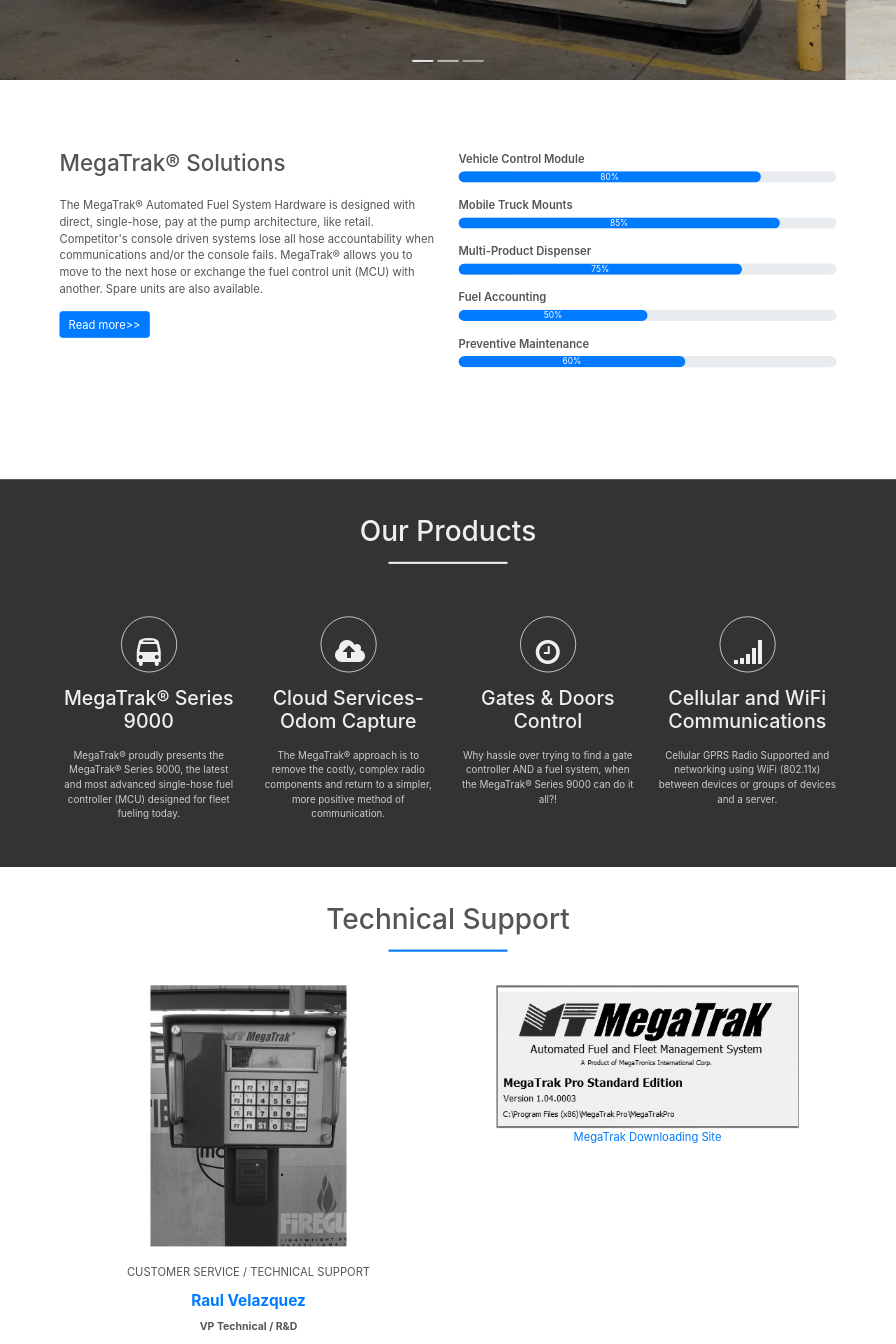
Repository: navegantemx/MegaTrak-Milestone-Project
Page: index.html
The author's editor kept a record of every edit. The page is drawn from the files as they stood at one moment, then again after the next edit.
The browser window is 1280 px wide. The pictures show the part of the page from y = 712 to 2632 px (the page is 4353 px tall), at 70% of full size.
Backgrounds fixed to the window are drawn as part of the page.

Above is the page before.

### index.html
<!DOCTYPE html>
<html lang="en">
<head>
    <meta charset="UTF-8">
    <meta name="viewport" content="width=device-width, initial-scale=1.0">
    <meta http-equiv="X-UA-Compatible" content="ie=edge">
    <link rel="stylesheet" href="https://stackpath.bootstrapcdn.com/bootstrap/4.3.1/css/bootstrap.min.css" type="text/css" />
    <link rel="stylesheet" href="https://stackpath.bootstrapcdn.com/font-awesome/4.7.0/css/font-awesome.min.css" type="text/css" />
    <script src="https://code.jquery.com/jquery-3.3.1.slim.min.js"></script>
    <script src="https://cdnjs.cloudflare.com/ajax/libs/popper.js/1.14.7/umd/popper.min.js"></script>
    <script src="https://stackpath.bootstrapcdn.com/bootstrap/4.3.1/js/bootstrap.min.js"></script>
    <link rel="stylesheet" href="assets/css/style.css" type="text/css" />
    <title>MegaTrak - Automated Fuel Systems</title>
</head>
<body>

    <!-----------------------Web design idea taken from YouTube channel "Easy Tutorials" ------------>

    <!--------- "Navbar" feature was found in https://getbootstrap.com/docs/4.1/components/navbar --------->

    <!-----------------------Navigation Bar------------>

    <section id="nav-bar">
        <nav class="navbar navbar-expand-lg navbar-light">
            <a class="navbar-brand" href="#"><img src="assets/images/mt-logo.png"></a>
            <button class="navbar-toggler" type="button" data-toggle="collapse" data-target="#navbarNav" aria-controls="navbarNav" aria-expanded="false" aria-label="Toggle navigation">
            <span class="navbar-toggler-icon"></span></button>
            <div class="collapse navbar-collapse" id="navbarNav">
                <ul class="navbar-nav ml-auto"
                    <li class="nav-item">
                        <a class="nav-link" href="#top">HOME</a>
                    </li>
                    <li class="nav-item">
                        <a class="nav-link" href="#solutions">SOLUTIONS</a>
                    </li>
                    <li class="nav-item">
                        <a class="nav-link" href="#products">PRODUCTS</a>
                    </li>
                    <li class="nav-item">
                        <a class="nav-link" href="#support">SUPPORT</a>
                    </li>
                    <li class="nav-item">
                        <a class="nav-link" href="#news">NEWS</a>
                    </li>
                    <li class="nav-item">
                        <a class="nav-link" href="#contact">CONTACT</a>
                    </li>
                </ul>
            </div>
        </nav>
    </section>

    <!--------- ""Carousel" feature was found in Bootstrap 4.1 https://getbootstrap.com/docs/4.1/components/carousel --------->

    <!-----------------------Slider------------>

    <div id="slider">
        <div id="headerSlider" class="carousel slide" data-ride="carousel">
            <ol class="carousel-indicators">
                <li data-target="#headerSlider" data-slide-to="0" class="active"></li>
                <li data-target="#headerSlider" data-slide-to="1"></li>
                <li data-target="#headerSlider" data-slide-to="2"></li>
            </ol>
            <div class="carousel-inner">
                <div class="carousel-item active">
                    <img class="d-block img-fluid" src="assets/images/banner1.jpg">
                    <div class="carousel-caption">
                        <h5>CITIES AND COUNTIES</h5>
                    </div>
                </div>
                <div class="carousel-item">
                    <img class="d-block img-fluid" src="assets/images/banner2.jpg">
                    <div class="carousel-caption">
                        <h5>QUARRIES</h5>
                    </div>
                </div>
                <div class="carousel-item">
                    <img class="d-block img-fluid" src="assets/images/banner3.jpg">
                    <div class="carousel-caption">
                        <h5>TRANSPORTATION</h5>
                    </div>
                </div>
            </div>
            <a class="carousel-control-prev" href="#headerSlider" role="button" data-slide="prev">
                <span class="carousel-control-prev-icon" aria-hidden="true"></span>
                <span class="sr-only">Previous</span>
            </a>
            <a class="carousel-control-next" href="#headerSlider" role="button" data-slide="next">
                <span class="carousel-control-next-icon" aria-hidden="true"></span>
                <span class="sr-only">Next</span>
            </a>
        </div>
    </div>

    <!-----------------------Solutions------------>

    <section id="solutions">
        <div class="container">
            <div class="row">
                <div class="col-md-6">
                    <h2>MegaTrak® Solutions</h2>
                    <div class="about-content">
                        The MegaTrak® Automated Fuel System Hardware is designed with direct, single-hose, pay at the pump architecture, like retail.
                        Competitor's console driven systems lose all hose accountability when communications and/or the console fails.
                        MegaTrak® allows you to move to the next hose or exchange the fuel control unit (MCU) with another.
                        Spare units are also available.
                    </div>
                    <button type="button" class="btn btn-primary">Read more>>
                    </button>
                </div>
                <div class="col-md-6 skills-bar">
                    <p>Vehicle Control Module</p>
                    <div class="progress">
                        <div class="progress-bar" style="width: 80%;">80%</div>
                    </div>
                    <p>Mobile Truck Mounts</p>
                    <div class="progress">
                        <div class="progress-bar" style="width: 85%;">85%</div>
                    </div>
                    <p>Multi-Product Dispenser</p>
                    <div class="progress">
                        <div class="progress-bar" style="width: 75%;">75%</div>
                    </div>
                    <p>Fuel Accounting</p>
                    <div class="progress">
                        <div class="progress-bar" style="width: 50%;">50%</div>
                    </div>
                    <p>Preventive Maintenance</p>
                    <div class="progress">
                        <div class="progress-bar" style="width: 60%;">60%</div>
                    </div>
                </div>
            </div>
        </div>
    </section>

    <!-----------------------Products------------>

    <section id="products">
        <div class="container">
            <h1>Our Products</h1>
            <div class="row products">
                <div class="col-md-3 text-center">
                    <div class="icon">
                        <i class="fa fa-bus"></i>
                    </div>
                    <h3>MegaTrak® Series 9000</h3>
                    <p>MegaTrak® proudly presents the MegaTrak® Series 9000,
                    the latest and most advanced single-hose fuel controller (MCU) designed for fleet fueling today.</p>
                </div>
                <div class="col-md-3 text-center">
                    <div class="icon">
                        <i class="fa fa-cloud-upload"></i>
                    </div>
                    <h3>Cloud Services-Odom Capture</h3>
                    <p>The MegaTrak® approach is to remove the costly, complex radio components and return to a simpler,
                    more positive method of communication.</p>
                </div>
                <div class="col-md-3 text-center">
                    <div class="icon">
                        <i class="fa fa-clock-o"></i>
                    </div>
                    <h3>Gates & Doors Control</h3>
                    <p>Why hassle over trying to find a gate controller AND a fuel system, when the MegaTrak® Series 9000 can do it all?!</p>
                </div>
                <div class="col-md-3 text-center">
                    <div class="icon">
                        <i class="fa fa-signal"></i>
                    </div>
                    <h3>Cellular and WiFi Communications</h3>
                    <p>Cellular GPRS Radio Supported and networking using WiFi (802.11x) between devices or groups of devices and a server.</p>
                </div>
            </div>
        </div>
    </section>

    <!-----------------------Support------------>

    <section id="support">
        <div class="container">
            <h1>Technical Support</h1>
            <div class="row">
                <div class="col-md-6 profile-pic text-center">
                    <div class="img-box">
                        <a href="http://megatrak.net/sites/customers" target="_blank">
                        <img src="assets/images/support1.jpg" class="img-responsive"></a>
                        <ul>
                            <a href="#"><li><i class="fa fa-facebook"></i></li></a>
                            <a href="#"><li><i class="fa fa-twitter"></i></li></a>
                            <a href="#"><li><i class="fa fa-linkedin"></i></li></a>
                        </ul>
                    </div>
                        <br>
                        <P>CUSTOMER SERVICE / TECHNICAL SUPPORT</P>
                        <h2>Raul Velazquez</h2>
                        <h3>VP Technical / R&D</h3>
                </div>
                <div class="col-md-6 profile-pic text-center">
                    <div class="img-box">
                        <a href="http://download.megatrak.com" target="_blank">
                        <img src="assets/images/support2.jpg" class="img-responsive">
                    </div>
                    <P>MegaTrak Downloading Site</P>
                </div>
            </div>
        </div>
    </section>

    <!-----------------------News------------>

    <section id="news">
        <div class="container">
            <h1>News</h1>
            <p class="text-center">MegaTrak® IN THE NEWS</p>
            <div class="row">
                <div class="col-md-4 text-center">
                    <div class="profile">
                        <img src="assets/images/news1.jpg" class="user">
                        <blockquote>Brad Murchison, San Antonio Lightning Business Editor:
                        "Its versatility, as a truck mounted system, makes it the most reliable system for truck mounted dispensing,"
                        Turner told reporters at the Megatronics' corporate headquarters Sunday.</blockquote>
                            <h3>Kay Turner<span> CEO at MegaTronics Int. Corp.</span></h3>
                    </div>
                </div>
            </div>
        </div>
    </section>

   <!-----------------------Contact------------>

    <section id="contact">
        <div class="container">
            <br>
            <h1>BUDGETARY QUOTE</h1>
            <p class="text-center">Interested in receiving more information and/or a quote? Fill out the form below and someone will get back to you within 24-48 business hours.</p>
            <div class="row">
                <div class="col-md-6">
                    <form class="contact-form">
                        <div class="form-group">
                            <input type="number" class="form-control" placeholder="# of Sites to be Fitted with MegaTrak:" required>
                        </div>
                        <div class="form-group">
                             <input type="number" class="form-control" placeholder="# of Fuel Hoses:" required>
                        </div>
                        <div class="form-group">
                             <input type="number" class="form-control" placeholder="# of Vehicles/Equipment in Fleet:" required>
                        </div>
                        <div class="form-group">
                            <input type="number" class="form-control" placeholder="Lube Reels? # of Reels:" required>
                        </div>
                        <div class="form-group">
                            <input type="number" class="form-control" placeholder="Truck Mounts: # of Fluids:" required>
                        </div>
                        <div class="form-group">
                            <input type="text" class="form-control" placeholder="Your Name:" required>
                        </div>
                        <div class="form-group">
                            <input type="text" class="form-control" placeholder="Organization:" required>
                        </div>
                        <div class="form-group">
                            <input type="text" class="form-control" placeholder="Title:" required>
                        </div>
                        <div class="form-group">
                            <input type="number" class="form-control" placeholder="Phone#:" required>
                        </div>
                        <div class="form-group">
                            <input type="email" class="form-control" id="exampleInputEmail1" aria-describedby="emailHelp" placeholder="Enter email" required>
                        </div>
                        <div class="form-group">
                            <textarea class="form-control" rows="4" placeholder="Other Information"></textarea>
                        </div>
                        <button type="submit" class="btn btn-primary">SUBMIT</button>
                    </form>
                </div>
                <div class="col-md-6 contact-info">
                    <div class="follow"><b>MTI Address:</b><i class="fa fa-map-marker"></i>5150 Broadway Street #459, San Antonio, Tx 78209</div>
                    <div class="follow"><b>Phone#:</b><i class="fa fa-phone"></i>210-804-1007</div>
                    <div class="follow"><b>Email:</b><i class="fa fa-envelope-o"></i>sales@megatrak.com</div>
                    <div class="follow"><label><b>Get Social:</b></label>
                        <a href="#"><i class="fa fa-facebook"></i></a>
                        <a href="#"><i class="fa fa-youtube-play"></i></a>
                        <a href="#"><i class="fa fa-twitter"></i></a>
                        <a href="#"><i class="fa fa-google-plus"></i></a>
                    </div>
                </div>
            </div>
        </div>
    </section>

    <!-----------------------Footer------------>

    <section id="footer">
        <div class="container text-center">
            <p>© Copyright MegaTronics International Corp. 1994-2019. All Rights Reserved</p>
        </div>
    </section>

    <!-----------------------Footer End------------>

    <!--------- ""smooth scroll JavaScript function from https://github.com/cferdinandi/smooth-scroll --------->

    <script src="libraries/smooth-scroll.js"></script>
    <script>var scroll = new SmoothScroll('a[href*="#"]');</script>
</body>
</html>

### assets/css/style.css
*
{
    margin: 0;
    padding: 0;
}

/* -------------------------------------navigation */

#nav-bar
{
    position: sticky;
    top: 0;
    z-index: 10;
}

.navbar-brand img
{
    height: 80px;
    width: 90%;
    padding-left: 0;
}

.navbar-nav li
{
    padding: 0 10px;
}

.navbar-nav li a
{
    float: right;
    text-align: left;
}

#nav-bar ul li a:hover{
    color: #007bff!important;
}

.navbar
{
    background: #fff;
}

.navbar-toggler
{
    border: none!important;
}

.nav-link
{
    color: #555!important;
    font-weight: 600;
    font-size: 16px;
}

/* -------------------------------------Slider */

.carousel-caption
{
    top: 50%;
    transform: translateY (-50%);
    bottom: initial!important;
}

.carousel-caption h5
{
    color: #fff;
    font-size: 42px;
}

/* -------------------------------------Solutions */

#solutions
{
    padding-top: 100px;
    padding-bottom: 140px;
    color: #555;
}

#solutions .btn
{
    margin-top: 20px;
    margin-bottom: 30px;
}

.about-content
{
    padding-top: 20px;
}

.skills-bar p
{
    margin-bottom: 6px;
    font-weight: 600;
}

.progress
{
    border-radius: 16px; !important;
    margin-bottom: 20px;
}

.progress-bar
{
    border-radius: 16px;
}

/* -------------------------------------Products */


#products
{
    background-image: linear-gradient(rgba(0,0,0,0.8),rgba(0,0,0,0.8));url("../../media/examples/lizard.png");
    background-size: cover;
    background-position: center;
    color: #efefef !important;
    background-attachment: fixed;
    padding-top: 50px;
    padding-bottom: 50px;
}

#products h1
{
    text-align: center;
    color: #efefef !important;
    padding-bottom: 10px;
}

#products h1::after
{
    content: '';
    background: #efefef;
    display: block;
    height: 3px;
    width: 170px;
    margin: 20px auto 5px;
}

.products
{
    margin-top: 40px;
}

.icon
{
    font-size: 40px;
    margin: 20px auto;
    padding: 20px;
    height: 80px;
    width: 80px;
    border:1px solid #fff;
    border-radius: 50%;
}

#products p
{
    font-size: 14px;
    margin-top: 20px;
    color: #ccc;
}

.products .col-md-3:hover{
    background: #007bff;
    cursor: pointer;
    transition: 0.7s;
}

/* -------------------------------------Support */

#support
{
    padding-top: 50px;
    padding-bottom: 50px;
    color: #555;
}

h1
{
    text-align: center;
    color: #555 !important;
    padding-bottom: 10px;
}

h1::after
{
    content: '';
    background: #007bff;
    display: block;
    height: 3px;
    width: 170px;
    margin: 20px auto 5px;
}

.profile-pic
{
    margin-top: 25px;
}

.profile-pic .img-box
{
    opacity: 1;
    display: block;
    position: relative;
}

.profile-pic .img-box img
{
    filter: grayscale(1);
}

.profile-pic .img-box img:hover
{
    filter: grayscale(0);
    cursor: pointer;
}

.profile-pic h2
{
    font-size: 22px;
    font-weight: bold;
    margin-top: 15px;
    color: #007bff !important;
}

.profile-pic h3
{
    font-size: 15px;
    font-weight: bold;
    margin-top: 15px;
}

#support .fa
{
    height: 25px;
    width: 25px;
    color: #007bff !important;
    background: #fff;
    padding: 4px;
    border-radius: 50%;
}

.img-box ul
{
    padding: 15px 0;
    position: absolute;
    z-index: 2;
    bottom: 0;
    left: 50%;
    transform: translateX(-50%);
    opacity: 0;
}

.img-box ul li
{
    padding:5px;
    display: inline-block;
}

.img-box:hover ul

{
    opacity: 1;
}

.img-box ul, .img-box ul li
{
    transition: 0.5s;
}

/* -------------------------------------News */

#news
{
    padding-top: 50px;
    padding-bottom: 50px;
}

#news .row
{
    margin-top: 30px;
}

.col-md-4
{
    margin: 40px auto;
}

.profile
{
    padding: 70px 10px 10px;
    background-color: #efefef;
}

.user
{
    width: 55%;
    height: auto;
}

.profile img

{
    top: -60px;
    position: absolute;
    left: calc(50% - 60px);
    border: 10px solid #fff;
}

.profile h3
{
    font-size: 20px;
    margin-top: 15px;
    color: #007bff;
}

#news span
{
    font-size: 12px;
    color: #333;
}

blockquote
{
    font-size: 16px;
    line-height: 30px;
}

blockquote::before
{
    content: '\201C';
    font-size: 50px;
    color: #007bff;
    position: relative;
    line-height:20px;
    bottom: -15px;
    right: 5px;
}
blockquote::after
{
    content: '\201D';
    font-size: 50px;
    color: #007bff;
    position: relative;
    line-height:10px;
    bottom: -15px;
    right: 5px;
}

/* -------------------------------------Contact */

#contact
{
    background: #efefef;
    padding-top: 40px;
    padding-bottom: 40px;
    color: #777;
}

.contact-form
{
    padding: 15px;
}

.form-control
{
    border-radius: 0 !important;
    border: none !important;
}

::placeholder
{
    color: #999 !important;
}

.contact-info .fa
{
    margin: 10px;
    color: #007bff;
    font-weight: bold;
}

/* -------------------------------------Footer */

#footer
{
    background: #333;
    color: #fff;
    padding: 12px;
}

Loaded but not shown: libraries/smooth-scroll.js (645 lines, source omitted)

After the next edit:
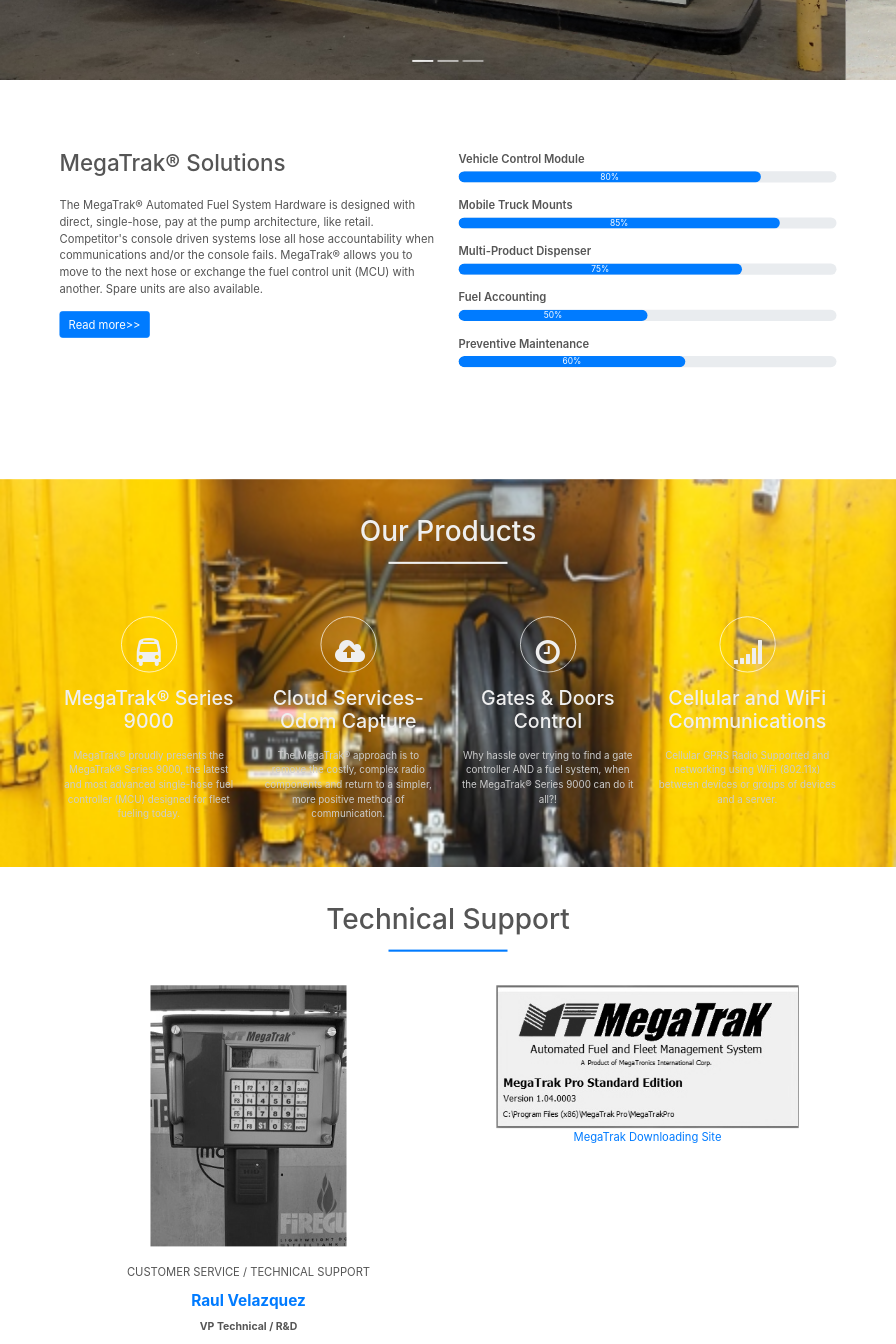
The edit:
--- a/assets/css/style.css
+++ b/assets/css/style.css
@@ -109,7 +109,7 @@
 
 #products
 {
-    background-image: linear-gradient(rgba(0,0,0,0.8),rgba(0,0,0,0.8));url("../../media/examples/lizard.png");
+    background-image: url(../images/news1.jpg);
     background-size: cover;
     background-position: center;
     color: #efefef !important;
